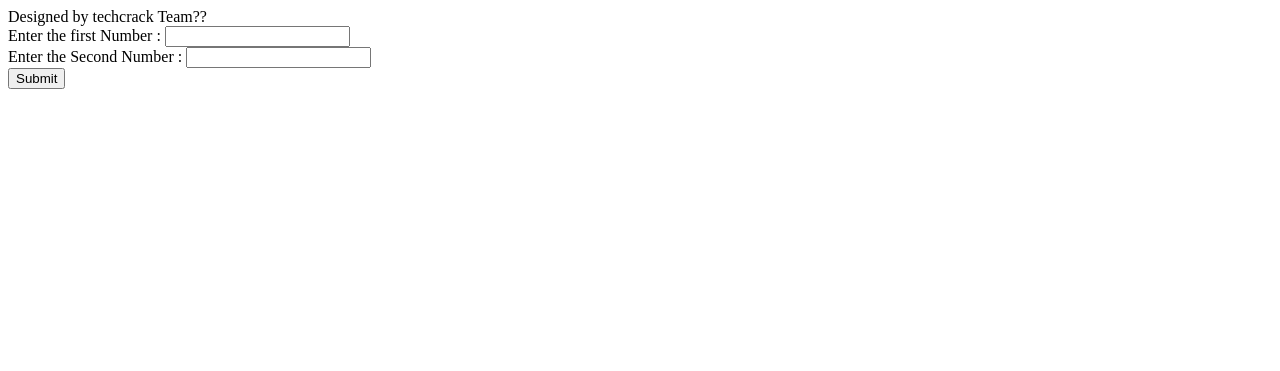
Repository: KavinAdithya/Servlet-JSP
Page: RemoAPP/src/main/webapp/Calculator.html
An editor plug-in stored every save of this project. The page is shown before and after the next save, followed by the edit.
The browser window is 1280 px wide. The pictures show the whole page.

Above is the page before, as saved 2024-03-16 09:40:37.

### RemoAPP/src/main/webapp/Calculator.html
<!DOCTYPE html>
<html>
	<head>
		<meta charset="ISO-8859-1">
		<title>AdvCalculator</title>
		<style>
		.submit{
		color:white;
		background-color:blue;
		}
		</style>
	</head>
	<body>

			Designed by techcrack Team??
		<form action="subtraction" target="_blank">
			Enter the first Number : <input type="text" name="number1"><br>
			Enter the Second Number : <input type="text" name="number2"><br>
			<input type="submit">
		</form>
	</body>
</html>

After the next save:
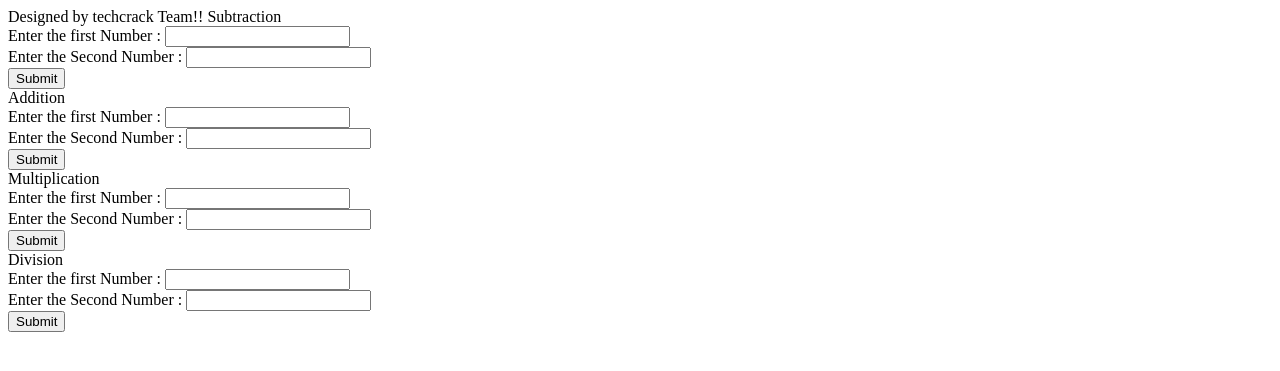
Saved 6 min 33 s later.
--- a/RemoAPP/src/main/webapp/Calculator.html
+++ b/RemoAPP/src/main/webapp/Calculator.html
@@ -12,8 +12,27 @@
 	</head>
 	<body>
 
-			Designed by techcrack Team??
+			Designed by techcrack Team!!
+			Subtraction
 		<form action="subtraction" target="_blank">
+			Enter the first Number : <input type="text" name="number1"><br>
+			Enter the Second Number : <input type="text" name="number2"><br>
+			<input type="submit">
+		</form>
+		Addition
+		<form action="addition" target="_blank">
+			Enter the first Number : <input type="text" name="number1"><br>
+			Enter the Second Number : <input type="text" name="number2"><br>
+			<input type="submit">
+		</form>
+		Multiplication
+		<form action="multiplication" target="_blank">
+			Enter the first Number : <input type="text" name="number1"><br>
+			Enter the Second Number : <input type="text" name="number2"><br>
+			<input type="submit">
+		</form>
+		Division
+		<form action="division" target="_blank">
 			Enter the first Number : <input type="text" name="number1"><br>
 			Enter the Second Number : <input type="text" name="number2"><br>
 			<input type="submit">
